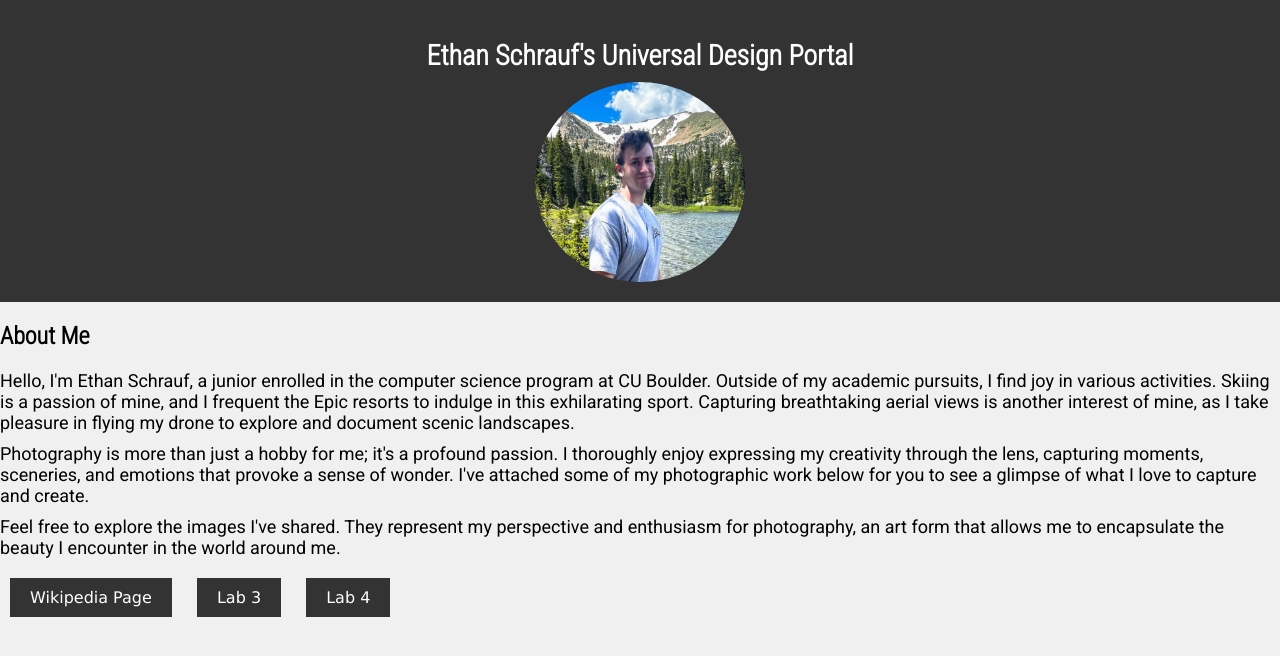
Repository: ethan-schrauf/UniversalDesignWebsite
Page: index.html
These files come from the project's save history. The page is drawn as it stood at one moment and after the next save; the edit follows.
The browser window is 1280 px wide. The pictures show the whole page.

Above is the page before, as saved 2023-10-30 22:18:21.

After the next save:
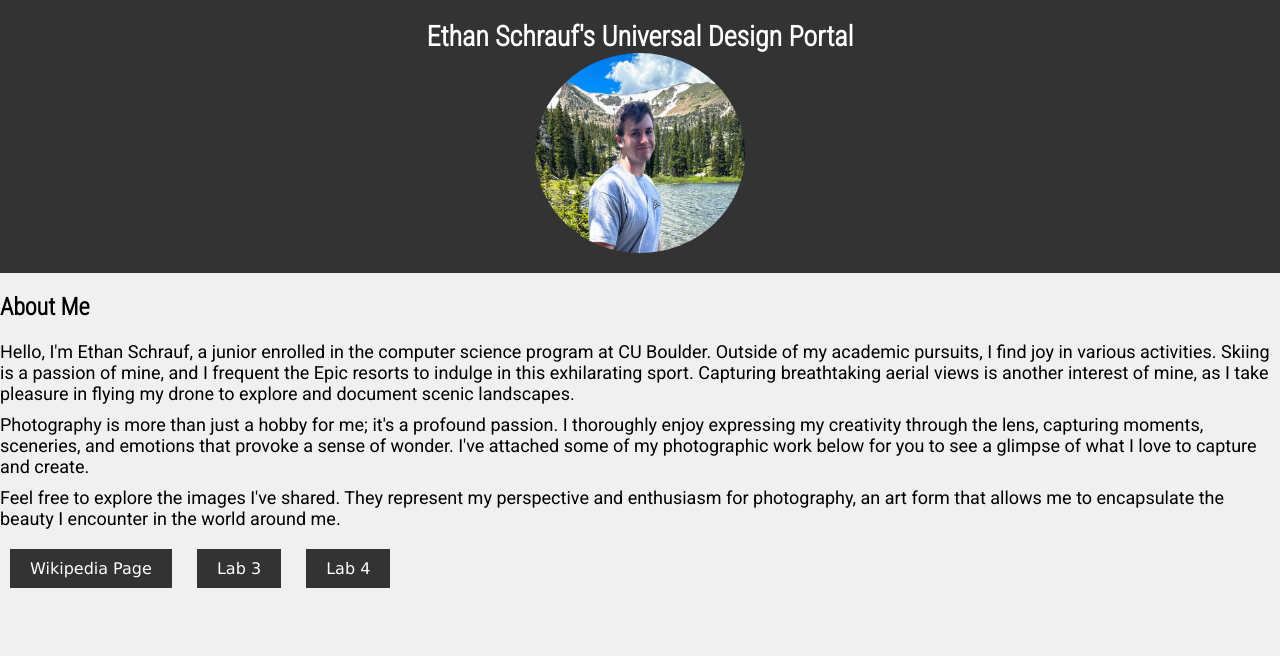
Saved 57 s later.
--- a/index.css
+++ b/index.css
@@ -71,3 +71,14 @@ h2,
 h1 {
     font-family: 'Roboto Condensed', sans-serif;
 }
+
+.container,
+nav {
+  margin: 0 auto;
+  max-width: 960px;
+}
+
+h1 {
+  margin: 0 auto;
+  max-width: 960px;
+}

After the save that followed:
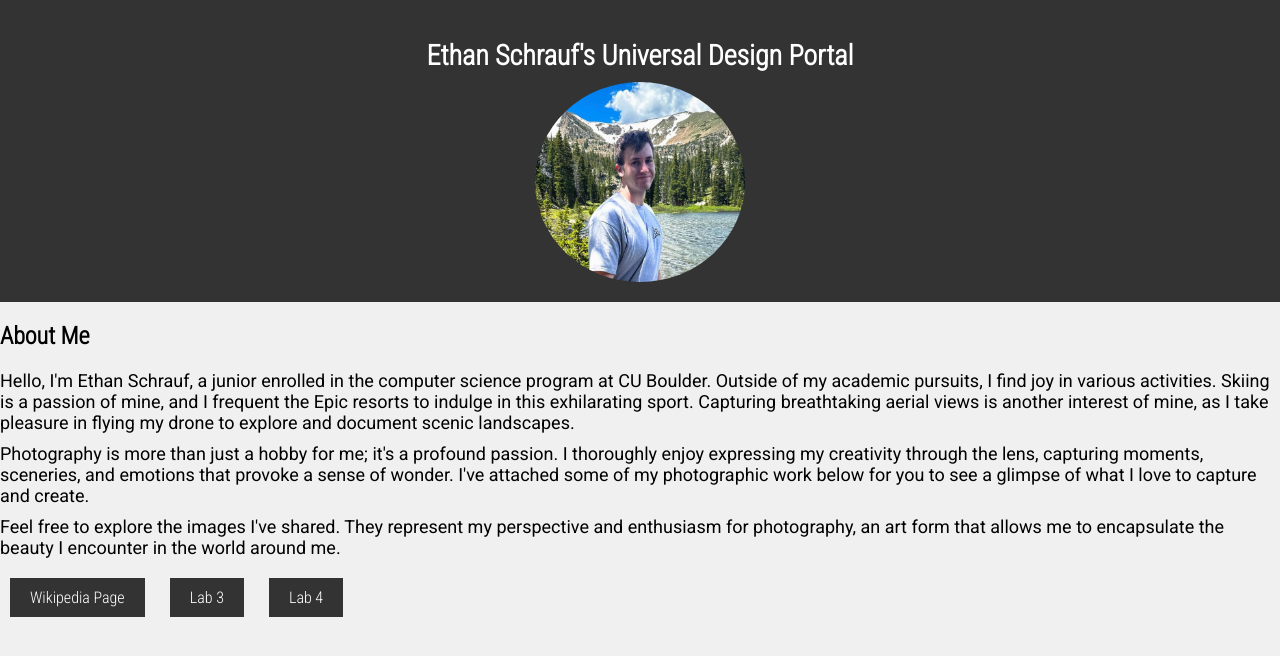
Saved 84 s later.
--- a/index.css
+++ b/index.css
@@ -68,17 +68,7 @@ p {
 }
 
 h2,
-h1 {
+h1,
+button {
     font-family: 'Roboto Condensed', sans-serif;
 }
-
-.container,
-nav {
-  margin: 0 auto;
-  max-width: 960px;
-}
-
-h1 {
-  margin: 0 auto;
-  max-width: 960px;
-}
